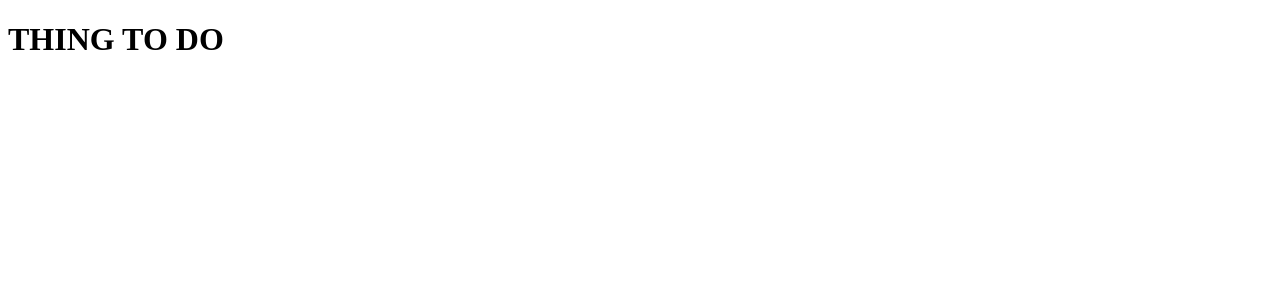
Repository: Wanaratkhamla/LabJavaWeb
Page: http://localhost/activityTest/result.jsp
An editor plug-in stored every save of this project. The page is shown before and after the next save, followed by the edit.
The browser window is 1280 px wide. The pictures show the whole page.
The page is served by Tomcat 9. Queries for data that is not in the repository find no rows.

Above is the page before, as saved 2017-02-21 12:24:12.

After the next save:
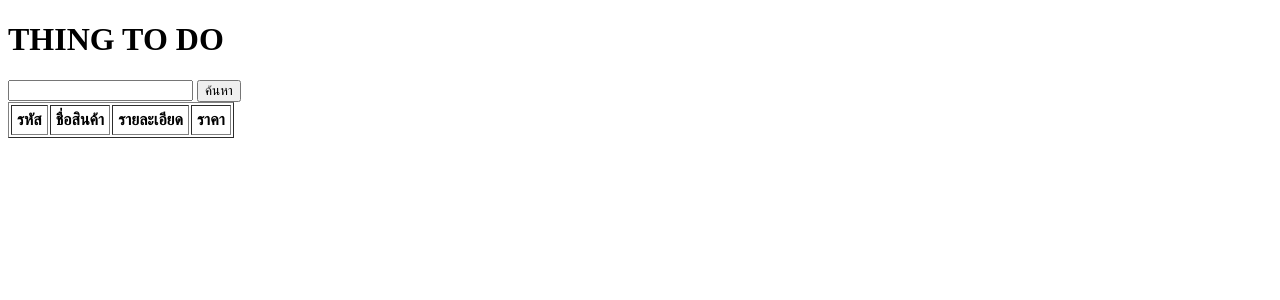
Saved 21 s later.
--- a/activityTest/WebContent/result.jsp
+++ b/activityTest/WebContent/result.jsp
@@ -13,5 +13,37 @@
 </head>
 <body>
 	<h1>THING TO DO</h1>
+
+	<sql:setDataSource var="myDS" driver="com.mysql.jdbc.Driver"
+			url="jdbc:mysql://localhost/blueshop?characterEncoding=utf-8"
+			user="root" password="" />
+
+		<sql:query var="listproduct" dataSource="${myDS}">
+        SELECT * FROM product;
+        </sql:query>
+
+		<form method='POST' action="search">
+			<input type='text' name='string'>
+			<button type='submit'>ค้นหา</button>
+		</form>
+
+		<div>
+			<table border="1" cellpadding="5">
+				<tr>
+					<th>รหัส</th>
+					<th>ชื่อสินค้า</th>
+					<th>รายละเอียด</th>
+					<th>ราคา</th>
+				</tr>
+				<c:forEach var="pro" items="${listproduct.rows}">
+					<tr>
+						<td><c:out value="${pro.pid}" /></td>
+						<td><c:out value="${pro.pname}" /></td>
+						<td><c:out value="${pro.pdetail}" /></td>
+						<td><c:out value="${pro.price}" /></td>
+					</tr>
+				</c:forEach>
+			</table>
+		</div>
 </body>
 </html>

After the 4 saves that followed:
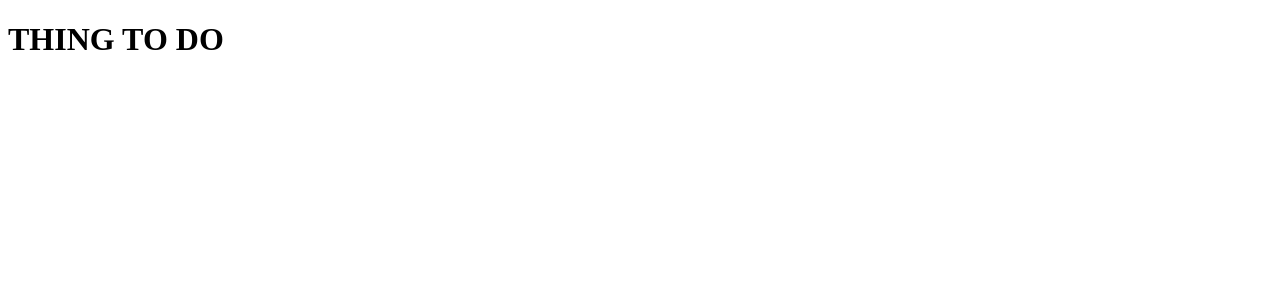
The 4 saves are shown as one change because 3 left the picture as it was.
The last was saved 59 s later.
--- a/activityTest/WebContent/result.jsp
+++ b/activityTest/WebContent/result.jsp
@@ -15,35 +15,20 @@
 	<h1>THING TO DO</h1>
 
 	<sql:setDataSource var="myDS" driver="com.mysql.jdbc.Driver"
-			url="jdbc:mysql://localhost/blueshop?characterEncoding=utf-8"
+			url="jdbc:mysql://localhost/note?characterEncoding=utf-8"
 			user="root" password="" />
 
-		<sql:query var="listproduct" dataSource="${myDS}">
-        SELECT * FROM product;
+		<sql:query var="listtask" dataSource="${myDS}">
+        SELECT * FROM note;
         </sql:query>
 
-		<form method='POST' action="search">
-			<input type='text' name='string'>
-			<button type='submit'>ค้นหา</button>
-		</form>
-
 		<div>
-			<table border="1" cellpadding="5">
-				<tr>
-					<th>รหัส</th>
-					<th>ชื่อสินค้า</th>
-					<th>รายละเอียด</th>
-					<th>ราคา</th>
-				</tr>
-				<c:forEach var="pro" items="${listproduct.rows}">
+			<c:forEach var="task" items="${listtask.rows}">
 					<tr>
-						<td><c:out value="${pro.pid}" /></td>
-						<td><c:out value="${pro.pname}" /></td>
-						<td><c:out value="${pro.pdetail}" /></td>
-						<td><c:out value="${pro.price}" /></td>
+						<td><c:out value="${task.pid}" /></td>
+						<td><c:out value="${task.pname}" /></td>
 					</tr>
 				</c:forEach>
-			</table>
 		</div>
 </body>
 </html>
